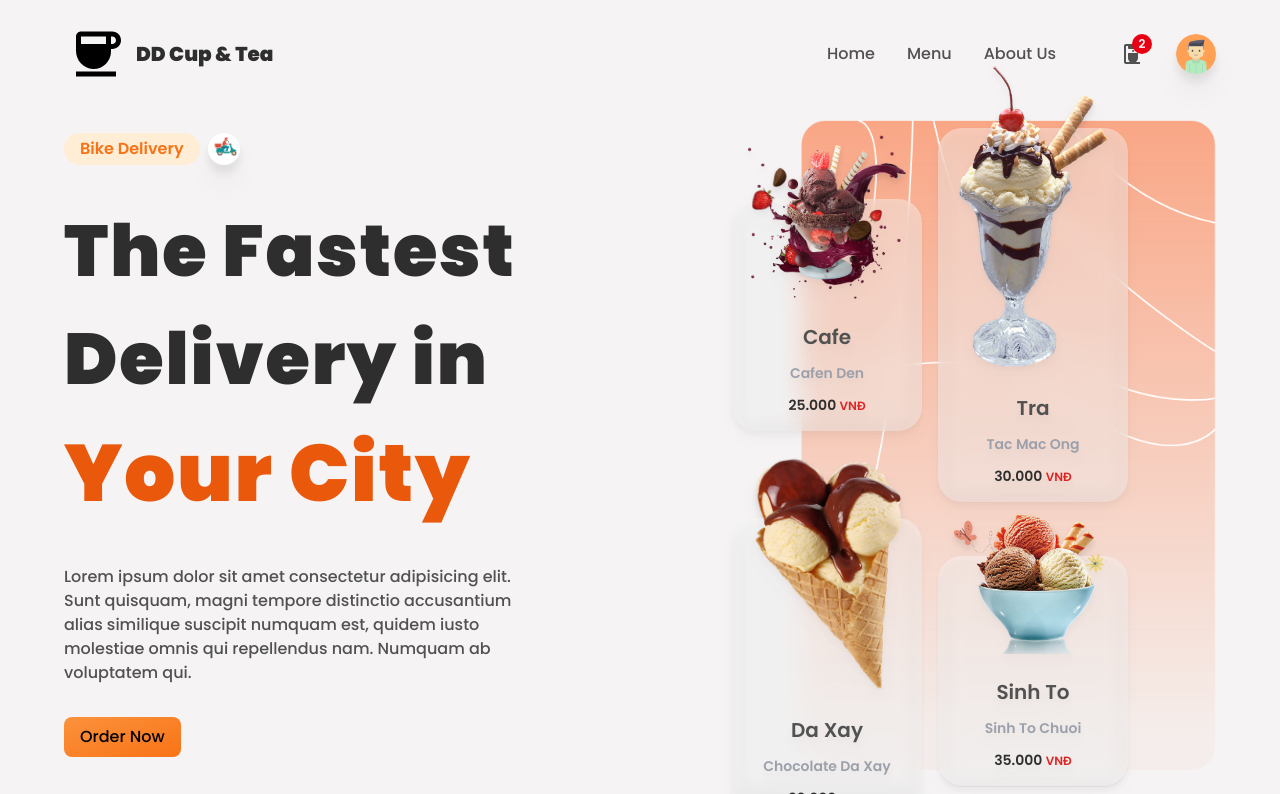
Repository: duongspm/ddcoffee
Page: /
The author's editor kept a copy of each file at every save. The page is drawn from the files as they stood at one save, then again after the next save.
The browser window is 1280 px wide. The pictures show the whole page.
The project was rebuilt for these pictures with package versions that can differ from the ones it lists, and the page was loaded fresh each time. Also part of the build but not shown: src/App.css, src/components/CreateContainer.jsx.

Above is the page before, as saved 2022-07-12 20:15:05.

After the next save:
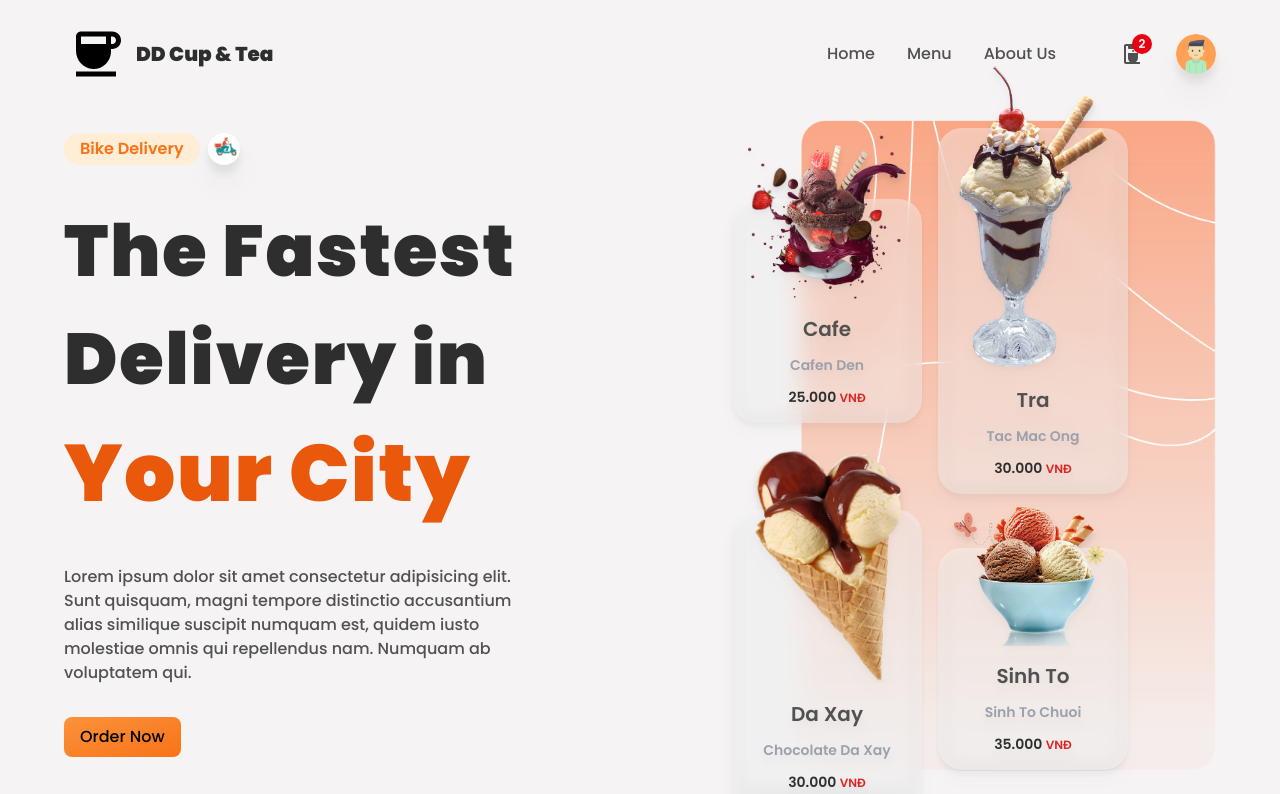
Saved 9 s later.
--- a/src/components/HomeContainer.jsx
+++ b/src/components/HomeContainer.jsx
@@ -24,7 +24,7 @@
                     {heroData && heroData.map(n => (
                         <div key={n.id} className='w-190 bg-cardOverlay backdrop-blur-md p-4 rounded-3xl flex flex-col items-center justify-center lg:w-190 drop-shadow-lg'>
                         <img src={n.imageSrc} className='w-20 lg:w-40 -mt-10 lg:-mt-20' alt='i1'/>
-                        <p className='text-base lg:text-xl font-semibold text-textColor mt-6'>{n.name}</p>
+                        <p className='text-base lg:text-xl font-semibold text-textColor mt-2 lg:mt-4'>{n.name}</p>
                         <p className='text-sm font-semibold text-lighttextGray my-3'>{n.decp}</p>
                         <p className='text-sm font-semibold text-headingColor'>{n.price} <span className='text-xs text-red-600'>VNĐ</span></p>
                     </div>
